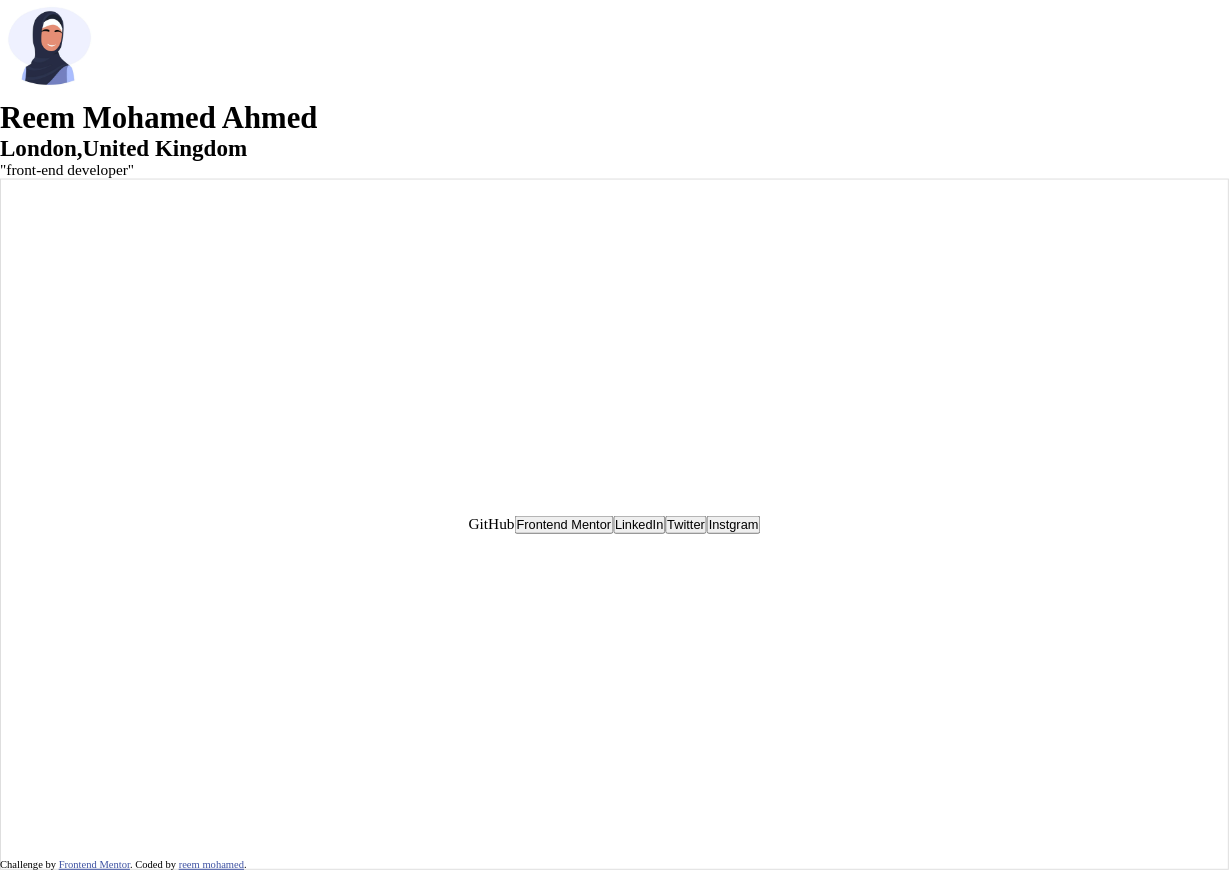
Repository: reemoon-ctrl/social_links_profile_main
Page: index.html
An editor plug-in stored every save of this project. The page is shown before and after the next save, followed by the edit.
The browser window is 1280 px wide. The pictures show the whole page, at 96% of full size.

Above is the page before, as saved 2024-07-23 10:00:03.

After the next save:
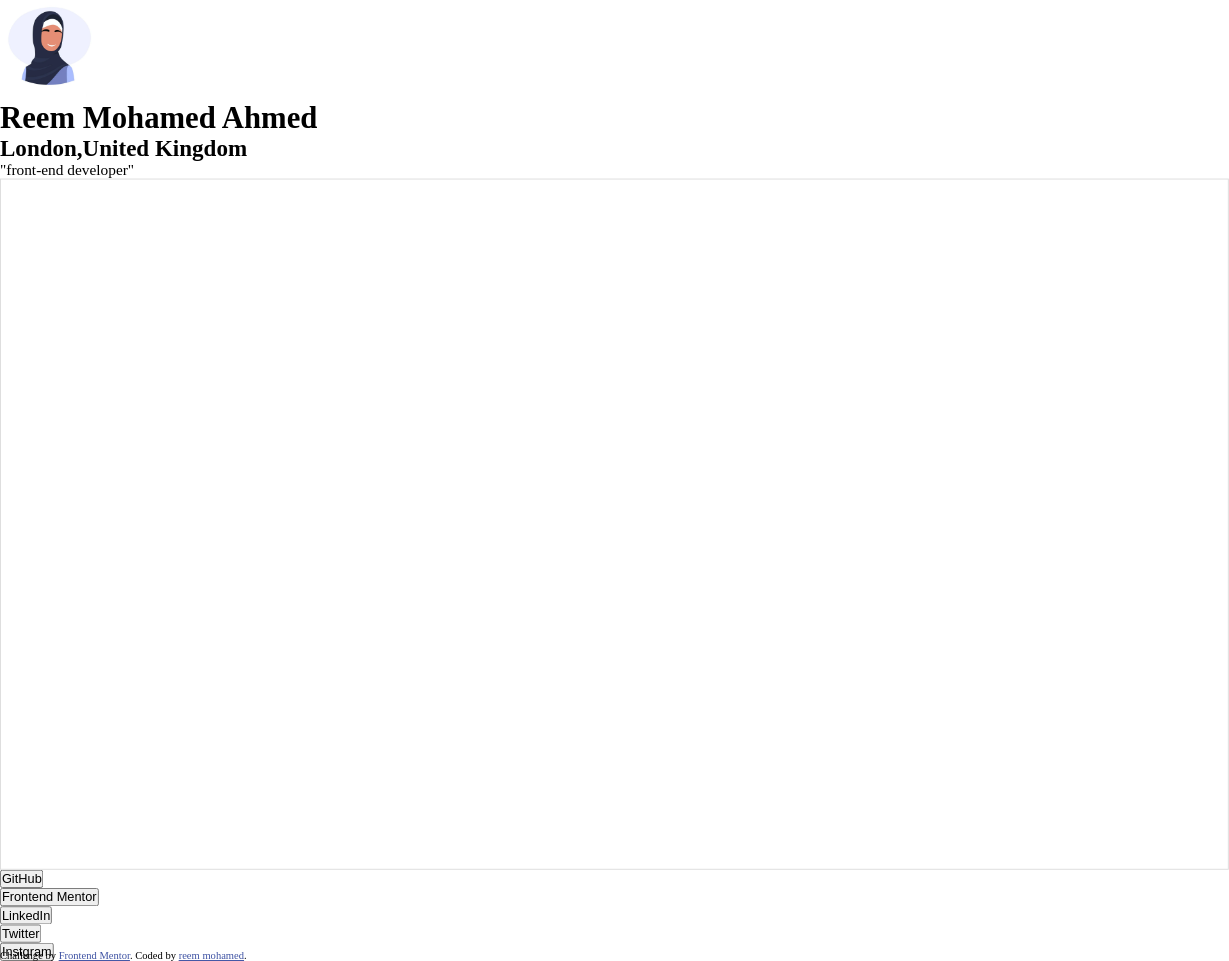
Saved 9 s later.
--- a/index.html
+++ b/index.html
@@ -24,7 +24,7 @@
       <h2>London,United Kingdom</h2>
       <p>"front-end developer"</p>
       </div>
-      <div class="form-container"
+      <div class="form-container"></div>
       <button>GitHub</button>
       <button>Frontend Mentor</button>
       <button>LinkedIn</button>
